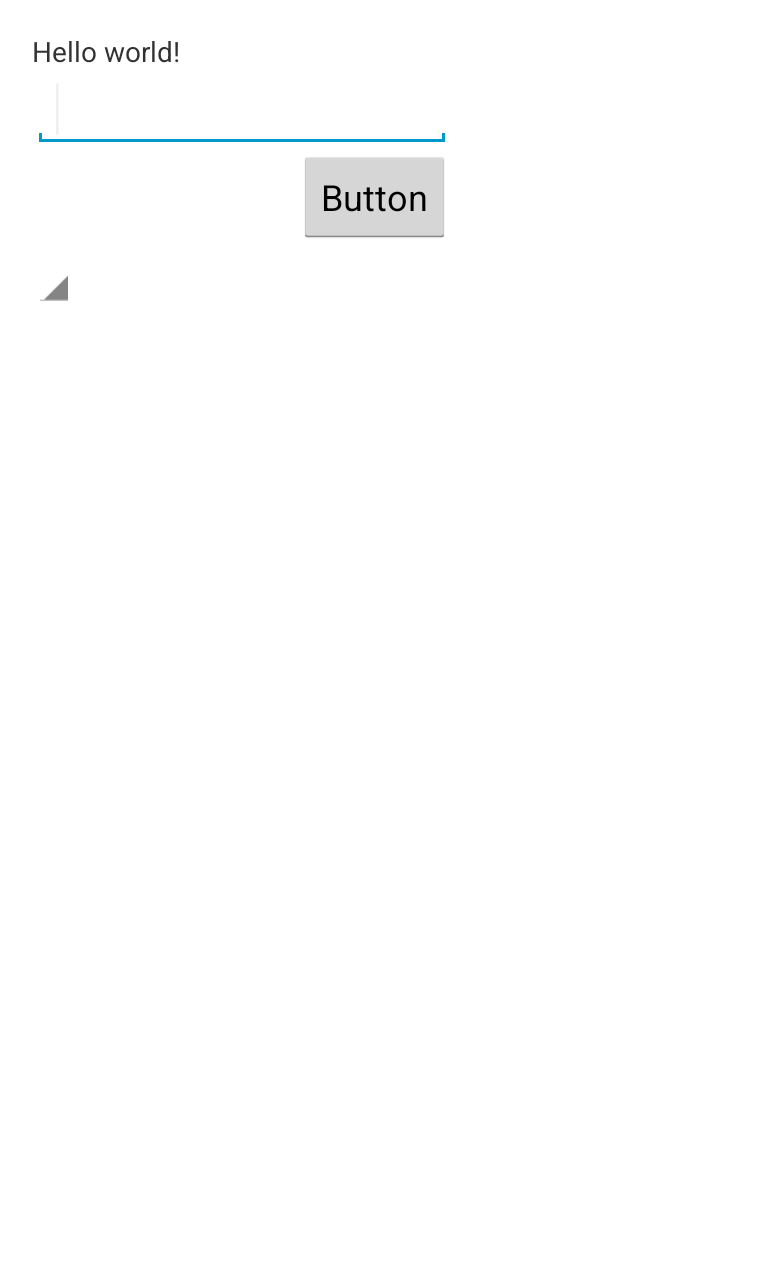
Repository: ericluo1123/myAndroidCode
Layout: SimplePush/res/layout/activity_main.xml
An editor plug-in stored every save of this project. The layout is shown before and after the next save, followed by the edit.
It is drawn on a 768 x 1280 px phone screen (xhdpi) without system bars, with theme AppTheme; the app's code is not run.

Above is the layout before, as saved 2014-09-30 13:33:36.

After the next save:
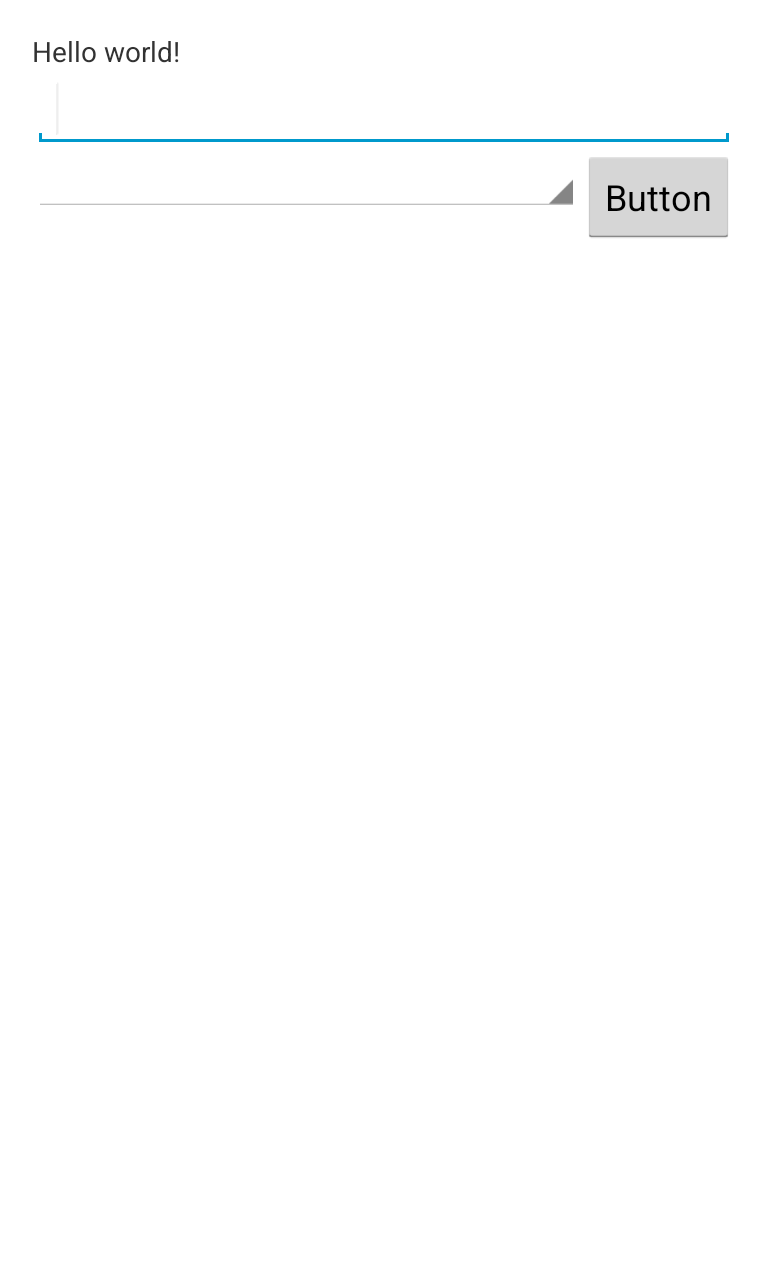
Saved 16 s later.
--- a/SimplePush/res/layout/activity_main.xml
+++ b/SimplePush/res/layout/activity_main.xml
@@ -16,7 +16,7 @@
 
     <EditText
         android:id="@+id/editText1"
-        android:layout_width="wrap_content"
+        android:layout_width="match_parent"
         android:layout_height="wrap_content"
         android:layout_alignLeft="@+id/textView1"
         android:layout_below="@+id/textView1"
@@ -38,7 +38,8 @@
         android:id="@+id/spinner1"
         android:layout_width="wrap_content"
         android:layout_height="wrap_content"
-        android:layout_alignLeft="@+id/editText1"
-        android:layout_below="@+id/button1" />
+        android:layout_alignParentLeft="true"
+        android:layout_below="@+id/editText1"
+        android:layout_toLeftOf="@+id/button1" />
 
 </RelativeLayout>
